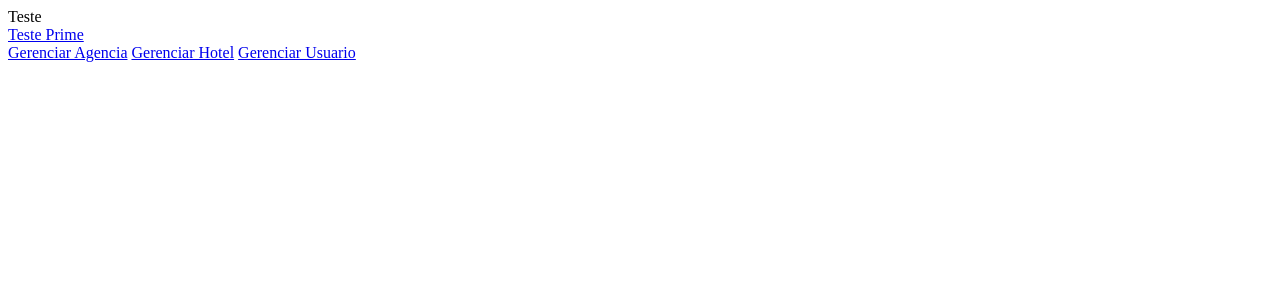
Repository: rayanereis/Agencia-de-Turismo-POOA
Page: AgenciaWEB/WebContent/index.html
These files come from the project's save history. The page is drawn as it stood at one moment and after the next save; the edit follows.
The browser window is 1280 px wide. The pictures show the whole page.

Above is the page before, as saved 2014-10-21 21:22:30.

After the next save:
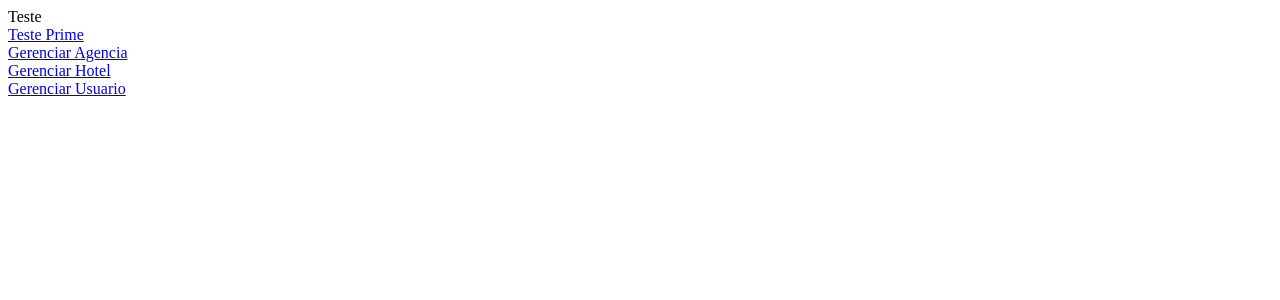
Saved 24 s later.
--- a/AgenciaWEB/WebContent/index.html
+++ b/AgenciaWEB/WebContent/index.html
@@ -8,9 +8,9 @@
 Teste</br>
 
 <a href="prime.xhtml">Teste Prime</a><br>
-<a href="agencia.xhtml">Gerenciar Agencia</a>
-<a href="hotel.xhtml">Gerenciar Hotel</a>
-<a href="usuario.xhtml">Gerenciar Usuario</a>
+<a href="agencia.xhtml">Gerenciar Agencia</a><br>
+<a href="hotel.xhtml">Gerenciar Hotel</a><br>
+<a href="usuario.xhtml">Gerenciar Usuario</a><br>
 
 </body>
 </html>
